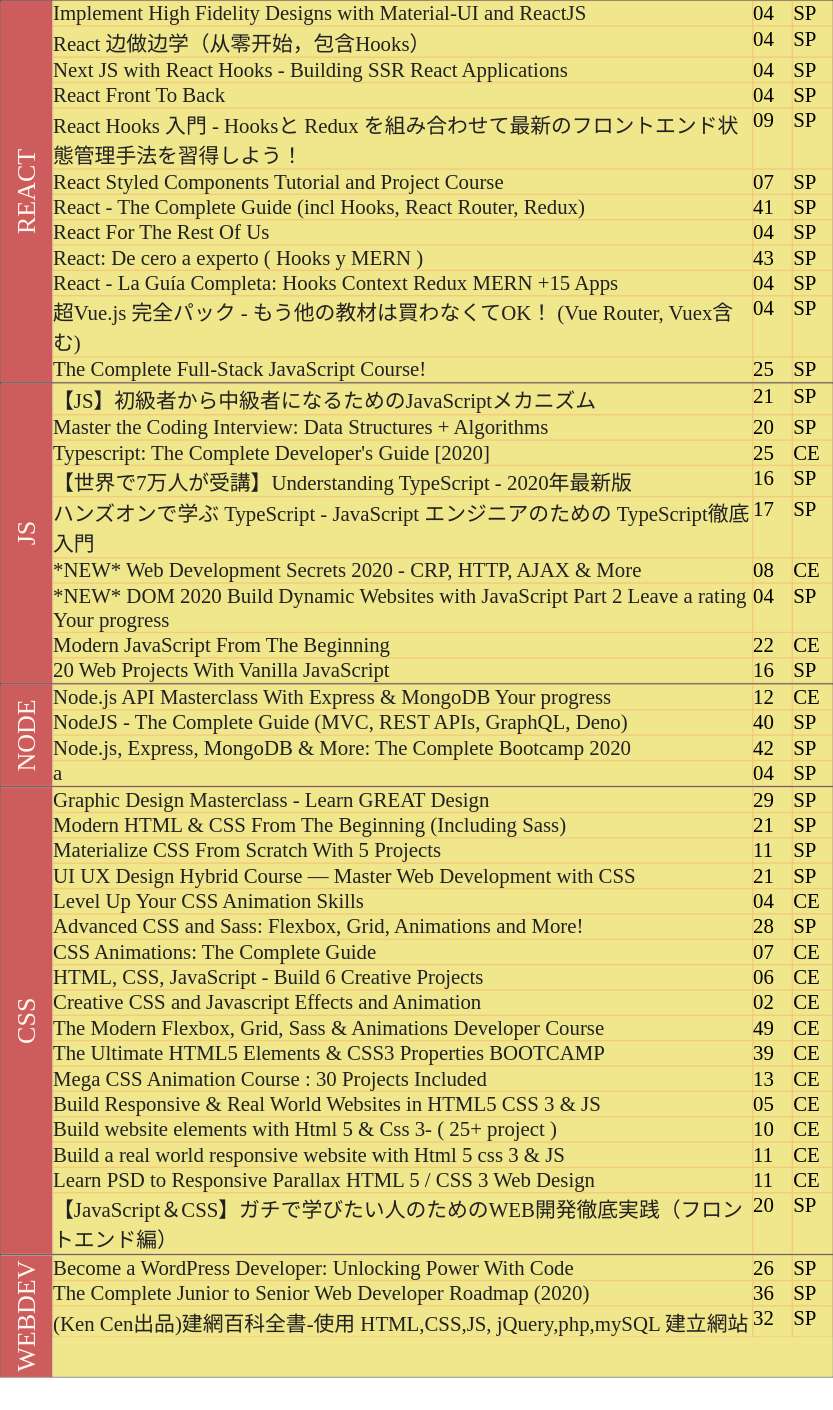
Repository: ClementLight/plan
Page: codicrs.html
The author's editor kept a copy of each file at every save. The page is drawn from the files as they stood at one save, then again after the next save.
The browser window is 1280 px wide. The page is 1282 px wide, so the pictures cover 1282 px, including what lies to the right of the window. The pictures show the whole page, at 65% of full size.

Above is the page before, as saved 2020-08-21 16:02:35.

After the next save:
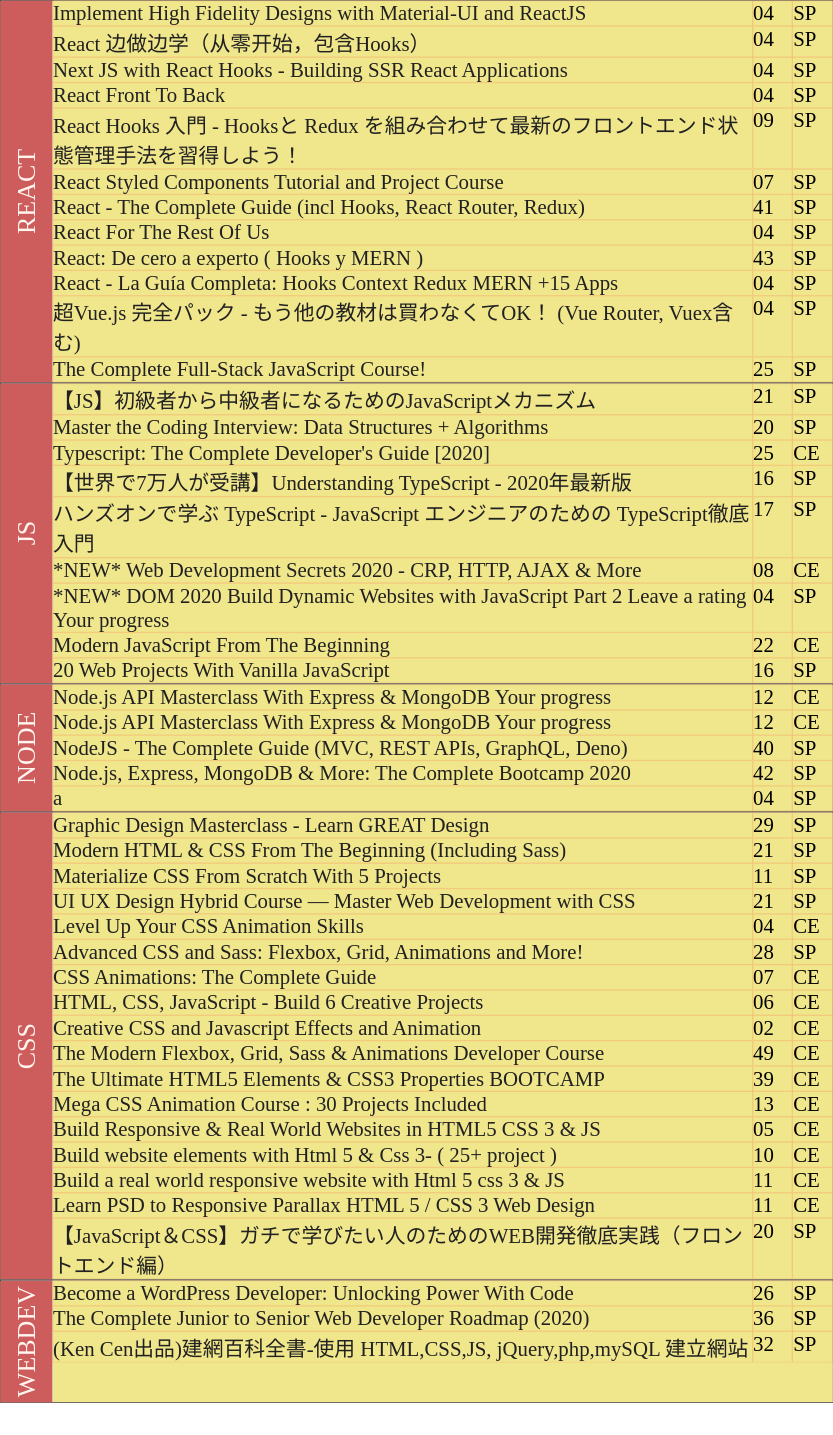
Saved 79 s later.
--- a/codicrs.html
+++ b/codicrs.html
@@ -206,6 +206,18 @@
       <div class="lessontype">NODE</div>
       <div class="lessons">
         <div class="lesson">
+          <a
+            class="lessonname"
+            href="Graphic Design Masterclass - Learn GREAT Design
+Leave a rating
+Your progress
+"
+            >Node.js API Masterclass With Express & MongoDB Your progress
+          </a>
+          <span class="hours">12</span>
+          <span class="account">CE</span>
+        </div>
+        <div class="lesson">
           <a class="lessonname" href="https://www.udemy.com/course/nodejs-api-masterclass/learn/lecture/16581402?start=0#overview">Node.js API Masterclass With Express & MongoDB Your progress </a>
           <span class="hours">12</span>
           <span class="account">CE</span>
